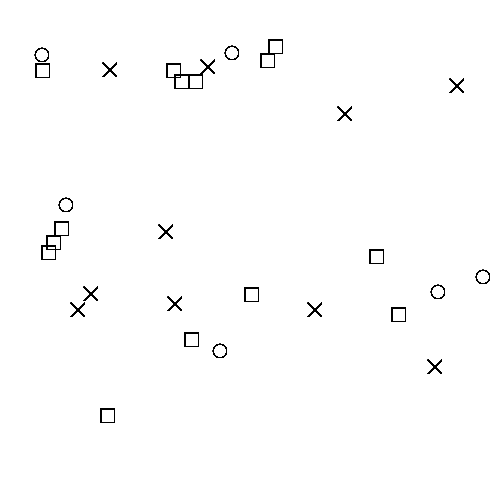
Repository: benceluzsinszky/rock-paper-scissors-simulation-pygame
Script's output: python main.py
These files come from the project's save history. The script's output is drawn as it stood at one moment and after a run of saves; the edit follows.
The window is shown after at most 60 frames with no key pressed. Random numbers start from a fixed seed. It also reads sprites/paper.png, sprites/rock.png, sprites/scissors.png.

Above is the script's output before, as saved 2023-04-24 22:08:19.

### main.py
import pygame
import sys
import random

from sprites import Sprite


class Game():
    """
    This class initializes the Pygame module and creates the game screen.
    """

    def __init__(self) -> None:
        """
        Initializes Pygame module and creates game screen.
        """
        pygame.init()

        self.clock = pygame.time.Clock()

        pygame.display.set_caption("Rock Paper Scissors")

        self.screen = pygame.display.set_mode((500, 500))

        self.rocks = pygame.sprite.Group()
        self.papers = pygame.sprite.Group()
        self.scissors = pygame.sprite.Group()

        self.sprite_groups = [self.rocks, self.papers, self.scissors]

        self.create_sprites("rock", self.rocks)
        self.create_sprites("paper", self.papers)
        self.create_sprites("scissors", self.scissors)

    def run_game(self):
        """
        Starts the game loop that continues until the user exits the game.
        """
        while True:
            self.check_events()
            # self.rocks.sprites()[0].eat(self.scissors)
            # self.move_sprites(self.rocks, self.scissors)
            # self.move_sprites(self.scissors, self.papers)
            self.move_sprites(self.papers, self.rocks)
            self.check_collisions()
            self.update_screen()
            self.clock.tick(60)

    def update_screen(self):
        """
        Updates the game screen with new information.
        """
        self.screen.fill((255, 255, 255))

        for group in self.sprite_groups:
            for sprite in group:
                sprite.blit_sprite()

        pygame.display.flip()

    def check_events(self):
        """
        Checks for user input events such as key presses or window close events.
        """
        for event in pygame.event.get():
            if event.type == pygame.QUIT:
                pygame.quit()
                sys.exit()
            elif event.type == pygame.KEYDOWN:
                if event.key == pygame.K_ESCAPE:
                    self.running = False

    def collision(self, winner, loser, type):
        collision = pygame.sprite.groupcollide(winner, loser, False, True)

        if collision:
            dead_sprite_rect_x = list(collision.values())[0][0].rect.x
            dead_sprite_rect_y = list(collision.values())[0][0].rect.y
            # list(collision.keys())[0].closest_food_distance = float("inf")
            sprite = Sprite(self, type, (dead_sprite_rect_x, dead_sprite_rect_y))
            winner.add(sprite)

    def check_collisions(self):
        self.collision(self.rocks, self.scissors, "rock")
        self.collision(self.scissors, self.papers, "scissors")
        self.collision(self.papers, self.rocks, "paper")

    def move_sprites(self, wathced_group, food):
        for sprite in wathced_group:
            sprite.eat(food)

    def create_sprites(self, type, group):
        for _ in range(10):
            random_x = random.randint(10, 490)
            random_y = random.randint(10, 490)
            sprite = Sprite(self, type, (random_x, random_y))
            group.add(sprite)


if __name__ == "__main__":
    game = Game()
    game.run_game()

### sprites.py
import pygame
import math

from pygame.sprite import Sprite


class Sprite(Sprite):
    """
    Class that creats a Rock/Papaer/Scissor character.
    """
    def __init__(self, game, character=str, location=tuple) -> None:
        super().__init__()
        self.screen = game.screen
        self.image = pygame.image.load(f"sprites/{character}.png")
        self.image = pygame.transform.scale(self.image, (15, 15))
        self.image.set_colorkey((255, 255, 255))
        self.rect = self.image.get_rect()
        self.rect.x = location[0]
        self.rect.y = location[1]
        self.closest_food = None
        self.closest_food_distance = float("inf")
        self.closest_enemy = None
        self.closest_enemy_distance = float("inf")

    def blit_sprite(self):
        self.screen.blit(self.image, self.rect)

    def get_food_info(self, food):
        for sprite in food:
            distance = math.sqrt(
                (sprite.rect.centerx - self.rect.centerx)**2 + (sprite.rect.centery - self.rect.centery)**2)
            if distance < self.closest_food_distance:
                self.closest_food_distance = distance
                self.closest_food = sprite

    def eat(self, food):
        self.get_food_info(food)
        try:
            direction = pygame.math.Vector2(self.closest_food.rect.center) - pygame.math.Vector2(self.rect.center)
            try:
                direction.normalize_ip()
            except ValueError:
                pass
            if (
                self.rect.top > 0 and
                self.rect.bottom < 500 and
                self.rect.left > 0 and
                self.rect.right < 500
                 ):
                self.rect.move_ip(direction * 2)
        except AttributeError:
            pass
        self.closest_food_distance = float("inf")

    def get_enemy_info(self, enemy):
        for sprite in enemy:
            distance = math.sqrt((
                sprite.rect[0] - self.rect[1])**2 + (sprite.rect[1] - self.rect[1])**2)
            if distance < self.closest_enemy_distance:
                self.closest_enemy_distance = distance
                self.closest_enemy = sprite

    def run(self, enemy):
        self.get_enemy_info(enemy)
        direction = pygame.math.Vector2(self.closest_enemy.rect.center) - pygame.math.Vector2(self.rect.center)
        try:
            direction.normalize_ip()
        except ValueError:
            pass
        if (
            self.rect.top > 0 and
            self.rect.bottom < 500 and
            self.rect.left > 0 and
            self.rect.right < 500
             ):
            self.rect.move_ip(direction * -2)
        self.closest_enemy_distance = float("inf")

    def action(self, food, enemy):
        if self.closest_enemy_distance > self.closest_food_distance:
            self.eat(food)
        else:
            self.run(enemy)

After the next 2 saves:
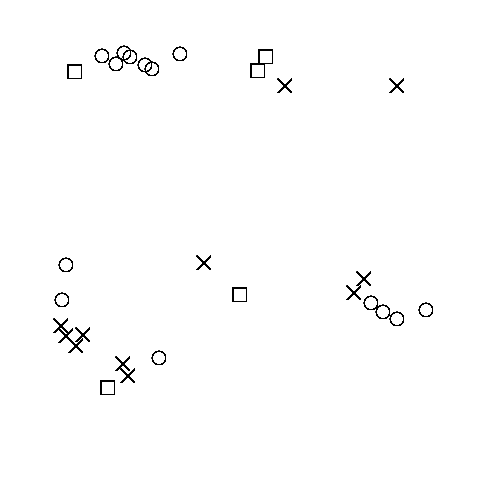
The 2 saves are shown as one change because they came seconds apart.
The last was saved 6 s later.
--- a/main.py
+++ b/main.py
@@ -39,8 +39,8 @@ class Game():
         while True:
             self.check_events()
             # self.rocks.sprites()[0].eat(self.scissors)
-            # self.move_sprites(self.rocks, self.scissors)
-            # self.move_sprites(self.scissors, self.papers)
+            self.move_sprites(self.rocks, self.scissors)
+            self.move_sprites(self.scissors, self.papers)
             self.move_sprites(self.papers, self.rocks)
             self.check_collisions()
             self.update_screen()
